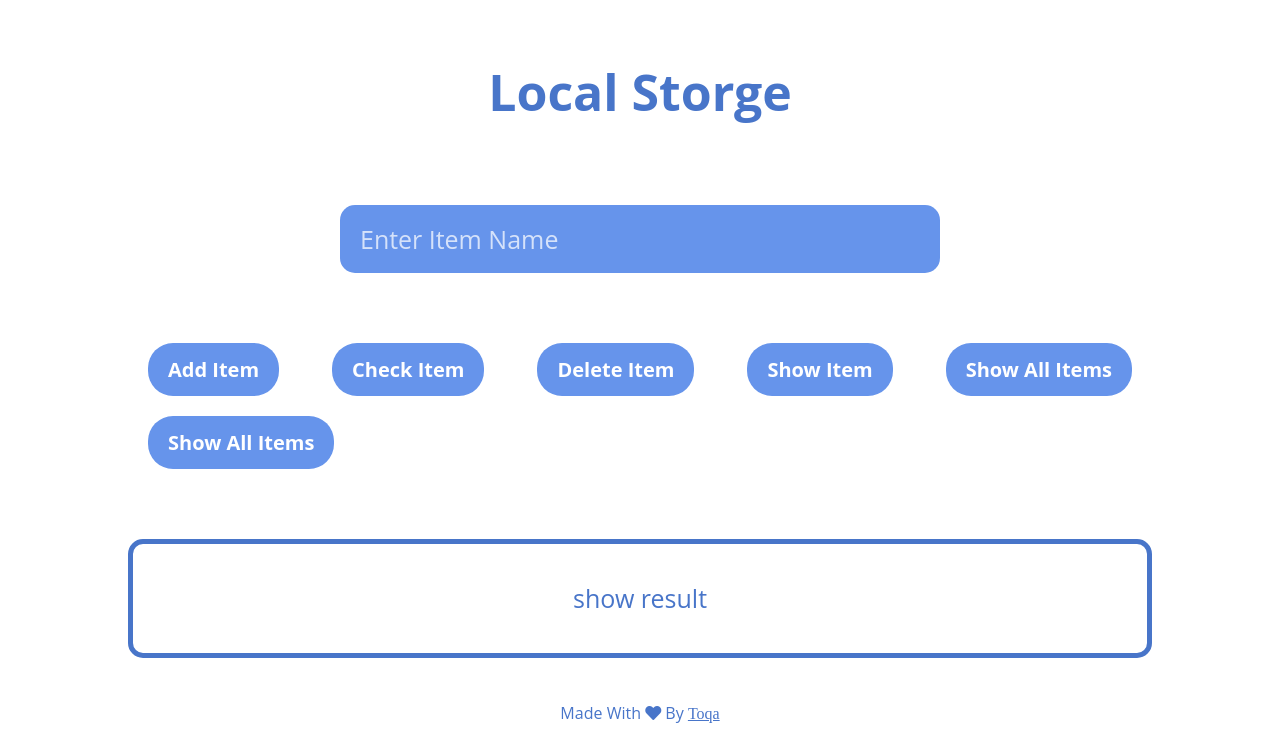
Repository: Toqa-25/local-storge
Page: index.html
An editor plug-in stored every save of this project. The page is shown before and after the next save, followed by the edit.
The browser window is 1280 px wide. The pictures show the whole page.
Some web fonts or font styles are not loaded; a fallback is used.

Above is the page before, as saved 2022-02-15 22:50:25.

### index.html
<!DOCTYPE html>
<html lang="en">
<head>
    <meta charset="UTF-8">
    <meta http-equiv="X-UA-Compatible" content="IE=edge">
    <meta name="viewport" content="width=device-width, initial-scale=1.0">
     <!-- css fils -->
     <link rel="stylesheet" href="css/normalize.css">
     <link rel="stylesheet" href="css/all.min.css">
     <link rel="stylesheet" href="css/style.css">
     <!-- google fonts -->
     <link href="https://fonts.googleapis.com/css2?family=Pushster&amp;display=swap" rel="stylesheet">
     <!-- page title -->
    <title>Local Storge</title>
</head>
<body>
 <section class="local-Storge container pad">
     <div class="local-storge-head">
         <h1 class="local-header">local storge</h1>
     </div>
     <div class="input-field">
         <input type="text" name="" id="input" placeholder="Enter Item Name">
     </div>
     <div class="buutons-group">
         <button class="btn" id="add">add item</button>
         <button class="btn" id="check">check item</button>
         <button class="btn" id="delete">delete item</button>
         <button class="btn" id="show">show item</button>
         <button class="btn" id="show-all">show all items</button>
         <button class="btn" id="show-all">show all items</button>
     </div>
     <div class="result">
         <p class="result-content">show result</p>
     </div>
 </section>
    <!--  copyRight style  -->
    <div class="bottom-group">
             <p>made with <i class="fas fa-heart"></i> by <a class="developer link-none" href="https://toqa-25.github.io/portfolio/">toqa</a></p>
    </div>
    <script src="js/script.js"></script>
    <script src="https://unpkg.com/sweetalert/dist/sweetalert.min.js"></script>
</body>
</html>

### css/style.css
/* component style */
:root{
    --main-color: #4875c9;
    --main-alt-color: hsl(219, 77%, 66%);
    --white-color: #fff;
    --text-color: #87a3d7;
}
*{
     margin:0;
     padding:0;
     box-sizing: border-box;
}
html{
    scroll-behavior: smooth;
}
body{
    font-family: 'Open Sans', sans-serif;
    min-height: 100vh;
}
.container{
    width:80%;
    margin:0 auto;
}

.pad{
    padding: 30px 0;
}

/* element style */
section {
    /* height: calc(100vh - 90px); */
    display: flex;
    gap: 50px;
    flex-direction: column;
    justify-content: center;
    align-items: center;
}
/* @media (min-width : 992px){
    section {
       height: calc(100vh - 90px);
    }
} */
.local-header {
    color: var(--main-color);
    font-size: 50px;
    text-transform: capitalize;
    }
.input-field{
    width: 100%;
}
input {
    padding: 20px;
    width: 100%;
    border: none;
    background-color: var(--main-color);
    background-color: var(--main-alt-color);
    border-radius: 15px;
    color:#fff;
    font-size: 25px;
    -webkit-border-radius: 15px;
    -moz-border-radius: 15px;
    -ms-border-radius: 15px;
    -o-border-radius: 15px;
    display: block;
    max-width: 600px;
    margin:auto;
}
input:focus{
    outline: none;
    caret-color: #fff;
}
input::placeholder{
        color:rgba(255, 255, 255, 0.726);
}
.buutons-group {
    padding: 20px;
    width: 100%;
    display: flex;
    gap: 20px;
    justify-content: space-between;
    align-items: center;
    flex-wrap: wrap;
}
/* @media (max-width : 575px){
    .buutons-group {
        flex-direction: column;
    }
} */
.btn {
    border-radius: 25px;
    padding: 15px 20px;
    border: none;
    background-color: var(--main-alt-color);
    color: #fff;
    font-weight: bold;
    text-transform: capitalize;
    font-size: 20px;
    cursor: pointer;
    transition: .3s;
    -webkit-transition: .3s;
    -moz-transition: .3s;
    -ms-transition: .3s;
    -o-transition: .3s;
}
.btn:hover{
    background-color: var(--main-color);
}
.result {
    border-radius: 15px;
    width: 100%;
    text-align: center;
    border: 5px solid var(--main-color);
    /* min-height: 100px; */
    display: flex;
    justify-content: center;
    align-items: center;
    color: var(--main-color);
    padding:20px;

}
.result-content {
    font-size: 25px;
    /* text-transform: capitalize; */
    color: var(--main-color);
    padding: 20px;
    text-align: left;
}
.result-content span {
background-color: var(--main-color);
    color: #fff;
    display: inline-block;
    margin: 0 7px;
    padding: 5px 10px;
    border-radius: 10px;
}
.result-content h4 {
    /* border-bottom:1px solid var(--main-color); */
    margin-bottom: 5px;
}
/*******************************************/
/* copyRight style */
.bottom-group{
color:var(--main-color);
text-align: center;
margin: 16px auto;
}
.bottom-group p{
    text-transform:capitalize;
}
.bottom-group p a{
    font-family: 'Pushster', cursive;
     color:var(--main-color);
}

### js/script.js
// Dom vars
let input = document.getElementById("input"),
    addButton = document.getElementById("add"),
    checkButton = document.getElementById("check"),
    deleteButton = document.getElementById("delete"),
    showButton = document.getElementById("show"),
    showAllButton = document.getElementById("show-all"),
    resultContent = document.querySelector(".result-content");

 // localStorge
let items = localStorage.getItem("items") ?
    JSON.parse(localStorage.getItem("items")) : [];
    console.log("items" , items)

// Run Function
    addButton.onclick = addItem;
    checkButton.onclick = checkItem;
    deleteButton.onclick = deleteItem;
    showButton.onclick = showItem;
    showAllButton.onclick = showAllItems;

// set functions
  // add function
 function addItem(){
     if (input.value != "" && input.value != null) {
         items = [...items, input.value.trim()]
         localStorage.setItem("items", JSON.stringify(items))
         resultContent.innerHTML = `You add  <span>${input.value.trim()} </span>to localStorge`
         input.value = null;
     }
     else {
         swal("Enter the Item Name");
   }
 }
  // delete function
function deleteItem() {
           resultContent.innerHTML = "";
    if (input.value != "" && input.value != null) {
      if (items.includes(input.value.trim())) {
        items.map((item, index) => {
          if (item == input.value.trim()) {
            items.splice(index, 1);
            localStorage.setItem("items", JSON.stringify(items));
            resultContent.innerHTML = `You delete <span>${input.value.trim()} </span> from localStorge`;
          }
        });
       }
       else {
         resultContent.innerHTML = `Not found <span>${input.value.trim()} </span> item  in localStorge`
       }
      input.value = null;
    }
    else {
      swal("Enter the Item Name");
    }
 }

  // check function
function checkItem() {   //f
  resultContent.innerHTML = "";
  if (input.value != "" && input.value != null) {   // if 1
    if (items.includes(input.value.trim())) {
      resultContent.innerHTML = `The <span>${input.value.trim()} </span> item is exisit in localStorge`;
    } else {
      resultContent.innerHTML = `Not found <span>${input.value.trim()} </span> item  in localStorge`;
    }
    input.value = null;
  } //if 1
  else {
    swal("Enter the Item Name");
  }
} //f

  // show function
function showItem() {
    resultContent.innerHTML = "";
     if (input.value != "" && input.value != null) {
       if (items.includes(input.value.trim())) {
         resultContent.innerHTML = `${input.value.trim()}`;
       } else {
         resultContent.innerHTML = `Not found <span>${input.value.trim()} </span> item  in localStorge`;
       }
       input.value = null;
     } else {
       swal("Enter the Item Name");
     }
 }
  // show function
function showAllItems() {
     input.value = null
     if (items.length >= 1) {
         resultContent.innerHTML = ""
         items.map((item, index) => {
             resultContent.innerHTML += `<h4> ${index + 1} - ${item} </h4>`

         })
     }
         else {
        resultContent.innerHTML = `No items to show`;
         }
        // console.log("showAll", items);
     }

console.log(Object.entries(localStorage))

Loaded but not shown: css/normalize.css (library); css/all.min.css (library)

After the next save:
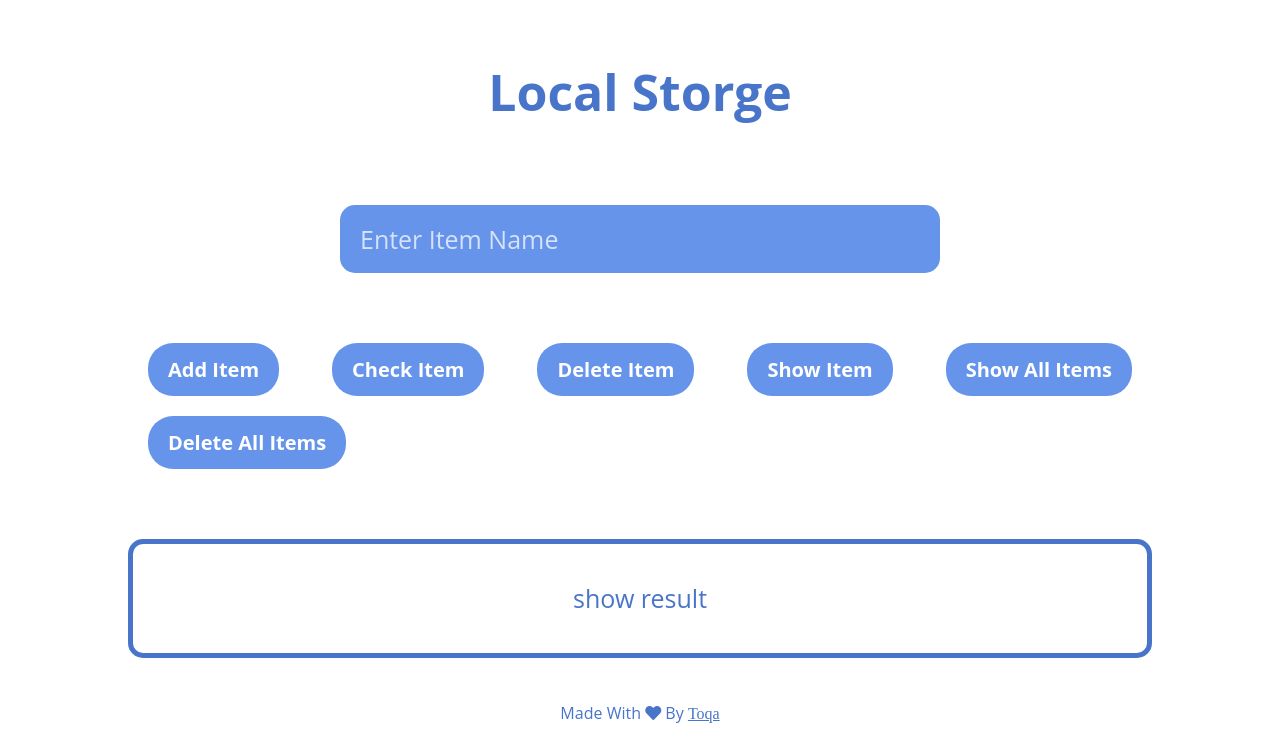
Saved 11 s later.
--- a/index.html
+++ b/index.html
@@ -27,7 +27,7 @@
          <button class="btn" id="delete">delete item</button>
          <button class="btn" id="show">show item</button>
          <button class="btn" id="show-all">show all items</button>
-         <button class="btn" id="show-all">show all items</button>
+         <button class="btn" id="delete-all">delete all items</button>
      </div>
      <div class="result">
          <p class="result-content">show result</p>
